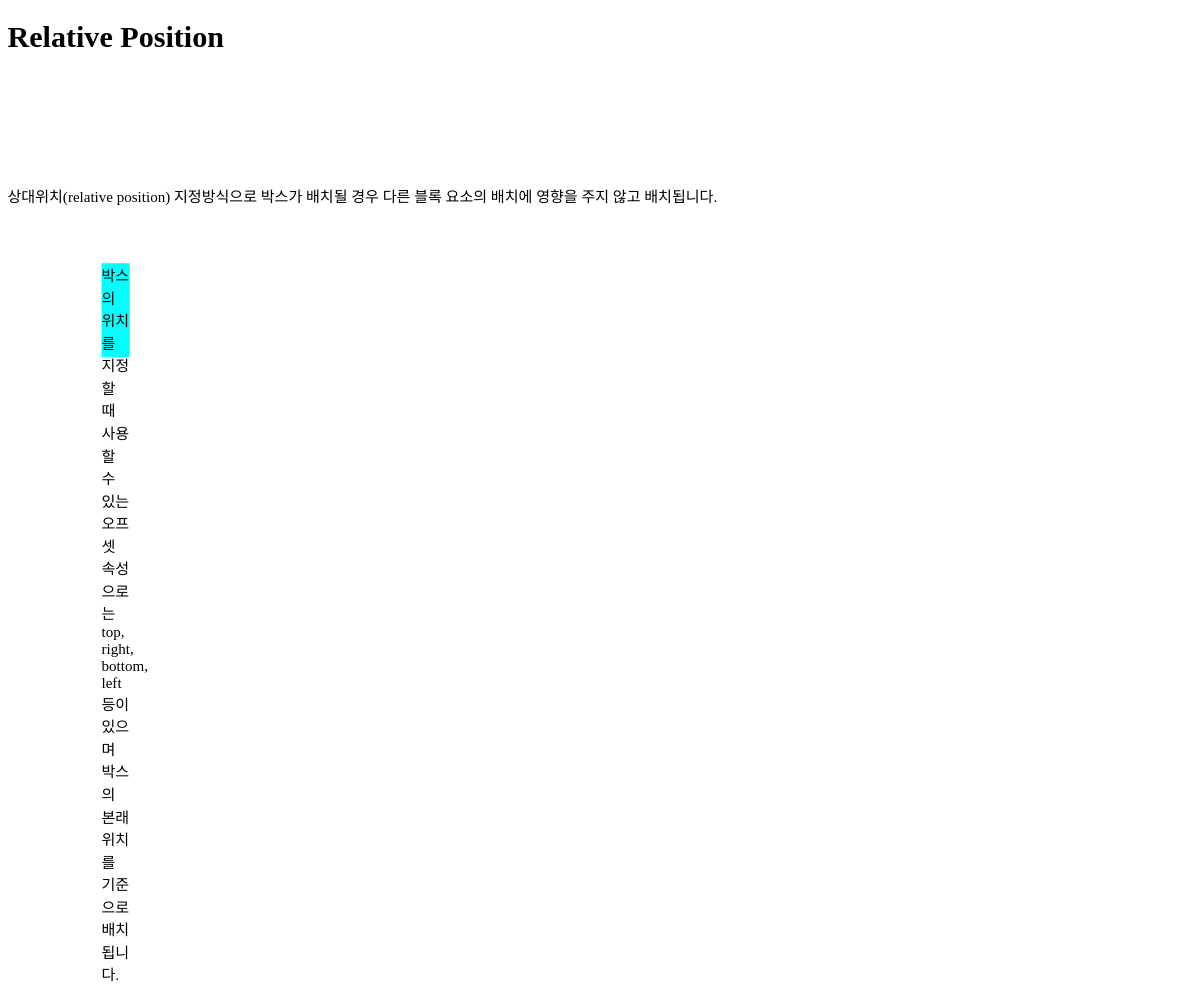
Repository: gus-123/Edu_KCC_HTML
Page: CSS/WebContent/css_exam04.html
An editor plug-in stored every save of this project. The page is shown before and after the next save, followed by the edit.
The browser window is 1280 px wide. The pictures show the whole page, at 94% of full size.

Above is the page before, as saved 2024-07-09 05:24:39.

After the next save:
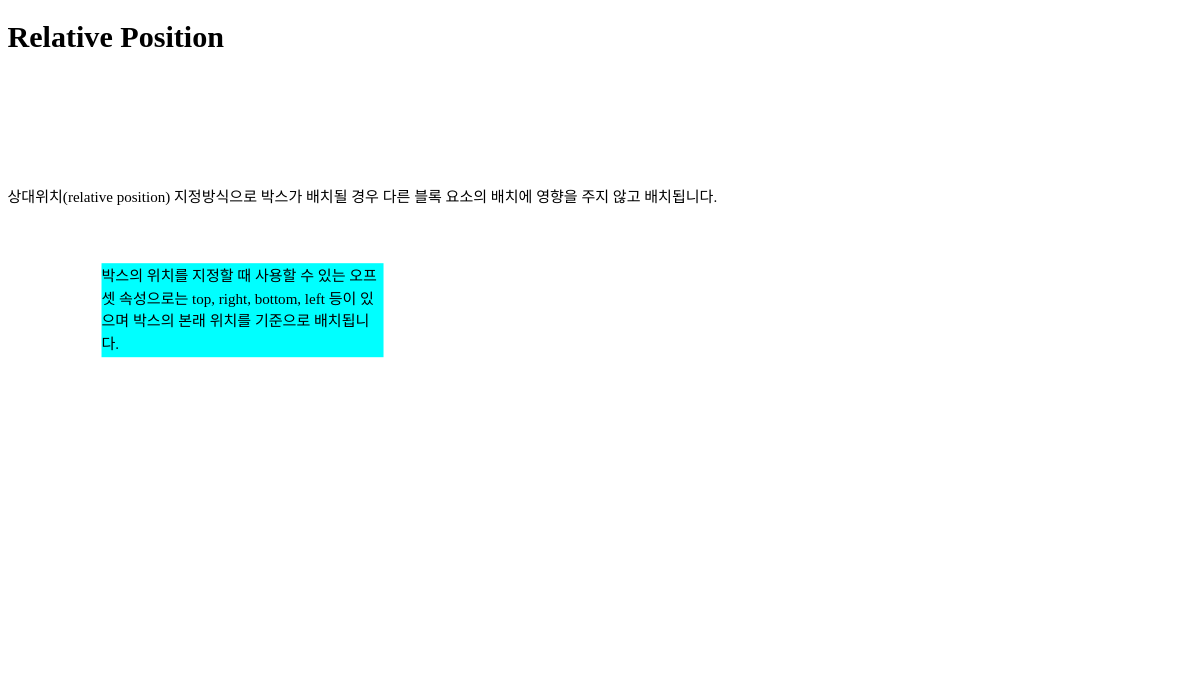
Saved 34 s later.
--- a/CSS/WebContent/css_exam04.html
+++ b/CSS/WebContent/css_exam04.html
@@ -5,7 +5,7 @@
 <meta http-equiv="content-type" content="text/html; charset=euc-kr" />
 <style type="text/css">
 p.rel {
-	width: 30px;
+	width: 300px;
 	height: 100px;
 	background: aqua;
 	top: 200px;
